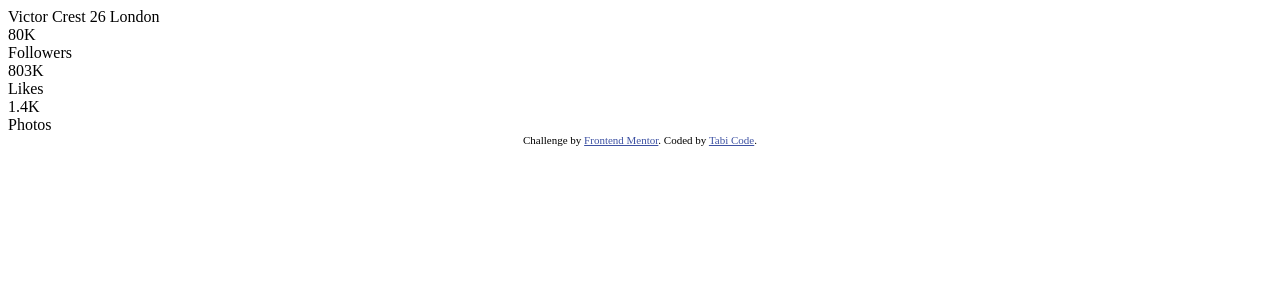
Repository: Tabinka/ProfileCardComponent
Page: index.html
These files come from the project's save history. The page is drawn as it stood at one moment and after the next save; the edit follows.
The browser window is 1280 px wide. The pictures show the whole page.
The style sheet was rebuilt from its Sass, Less or Tailwind sources for each picture, by a compiler version that may differ from the author's.

Above is the page before, as saved 2021-06-13 17:48:52.

### index.html
<!DOCTYPE html>
<html lang="en">
<head>
  <meta charset="UTF-8">
  <meta name="viewport" content="width=device-width, initial-scale=1.0"> <!-- displays site properly based on user's device -->
  <link rel="stylesheet" href="style.css">
  <link rel="icon" type="image/png" sizes="32x32" href="./images/favicon-32x32.png">
  <link rel="preconnect" href="https://fonts.gstatic.com">
  <link href="https://fonts.googleapis.com/css2?family=Kumbh+Sans:wght@300;400;700&display=swap" rel="stylesheet">
  <title>Frontend Mentor | Profile card component</title>

  <!-- Feel free to remove these styles or customise in your own stylesheet 👍 -->
  <style>
    .attribution { font-size: 11px; text-align: center; }
    .attribution a { color: hsl(228, 45%, 44%); }
  </style>
</head>
<body>
  <div class="wrapper">
      <div id="card">
        <div class="top">
          <div class="name">
            Victor Crest 26
            <span>London</span>
          </div>
        </div>
        <div class="bottom">
          <div class="stat"><span>80K<br>Followers</span></div>
          <div class="stat"><span>803K<br>Likes</span></div>
          <div class="stat"><span>1.4K<br>Photos</span></div>
        </div>
      </div>
      <div class="attribution">
        Challenge by <a href="https://www.frontendmentor.io?ref=challenge" target="_blank">Frontend Mentor</a>.
        Coded by <a href="#">Tabi Code</a>.
      </div>
  </div>

</body>
</html>

Loaded but not shown: style.scss (no stored copy; drawn as an empty file)

After the next save:
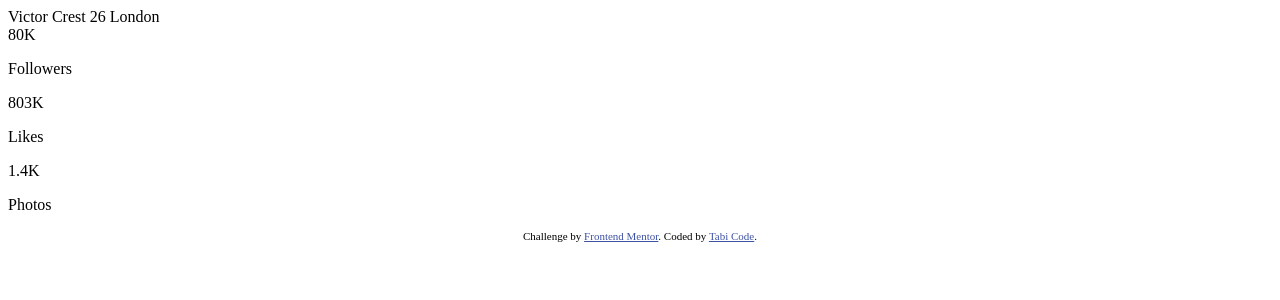
Saved 118 s later.
--- a/index.html
+++ b/index.html
@@ -25,9 +25,9 @@
           </div>
         </div>
         <div class="bottom">
-          <div class="stat"><span>80K<br>Followers</span></div>
-          <div class="stat"><span>803K<br>Likes</span></div>
-          <div class="stat"><span>1.4K<br>Photos</span></div>
+          <div class="stat"><span>80K</span><p>Followers</p></div>
+          <div class="stat"><span>803K</span><p>Likes</p></div>
+          <div class="stat"><span>1.4K</span><p>Photos</p></div>
         </div>
       </div>
       <div class="attribution">
